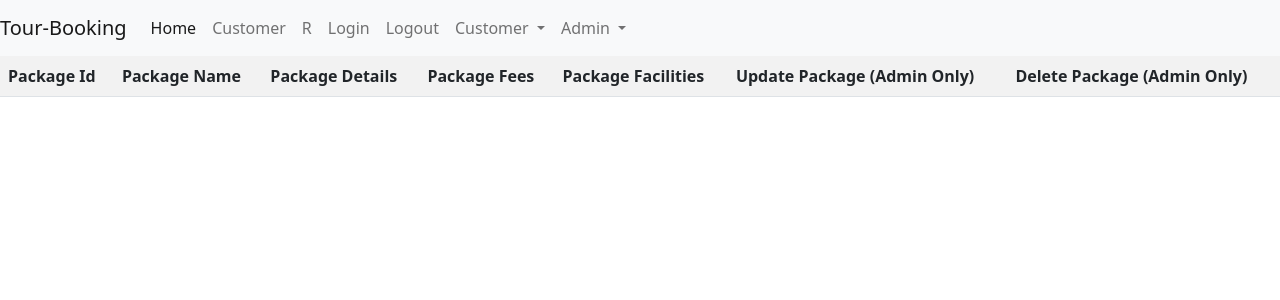
Repository: shivambhat45/Tour-Booking
Page: http://localhost/home
The author's editor kept a copy of each file at every save. The page is drawn from the files as they stood at one save, then again after the next save.
The browser window is 1280 px wide. The pictures show the whole page.
Some web libraries are served in a nearby version. The page is this project's Thymeleaf template; nobody is signed in. The template is opened directly, without the code that normally fills it, so the values that code supplies are empty.

Above is the page before, as saved 2022-10-29 21:43:27.

After the next save:
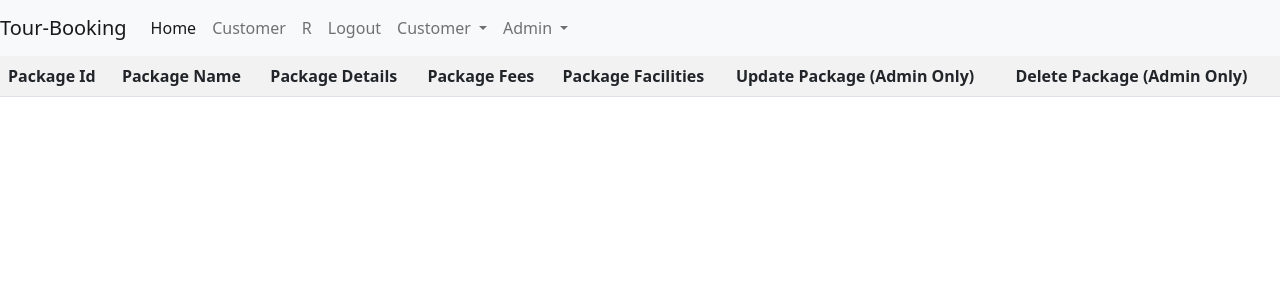
Saved 4 min 27 s later.
--- a/frontend-ui/src/main/resources/templates/home.html
+++ b/frontend-ui/src/main/resources/templates/home.html
@@ -21,7 +21,6 @@
 				<a class="nav-item nav-link active" href="/home">Home <span class="sr-only"></span></a>
 				<a class="nav-item nav-link" href="#">Customer</a>
 				<a class="nav-item nav-link" href="#">R</a>
-				<a class="nav-item nav-link" href="#">Login</a>
 				<a class="nav-item nav-link" href="/logout">Logout</a>
 				<li class="nav-item dropdown">
 					<a class="nav-link dropdown-toggle" href="#" id="navbarDropdown" role="button"
@@ -41,7 +40,7 @@
 						Admin
 					</a>
 					<div class="dropdown-menu" aria-labelledby="navbarDropdown">
-						<a class="dropdown-item" href="#">Action</a>
+						<a class="dropdown-item" href="listUsers">List Users</a>
 						<a class="dropdown-item" href="#">Another action</a>
 						<div class="dropdown-divider"></div>
 						<a class="dropdown-item" href="#">Something else here</a>
